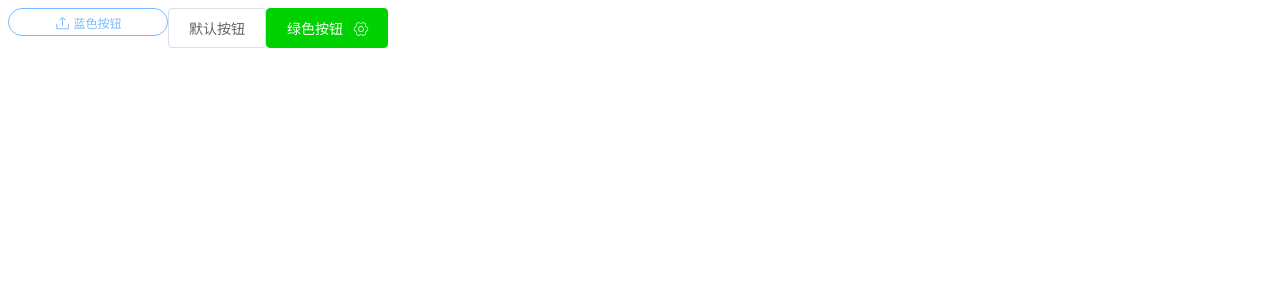
Repository: Cherry-pan/component-packing
Page: /
These files come from the project's save history. The page is drawn as it stood at one moment and after the next save; the edit follows.
The browser window is 1280 px wide. The pictures show the whole page.
The project was rebuilt for these pictures with package versions that can differ from the ones it lists, and the page was loaded fresh each time. Also part of the build but not shown: vue.config.js.

Above is the page before, as saved 2022-04-30 15:47:33.

After the next save:
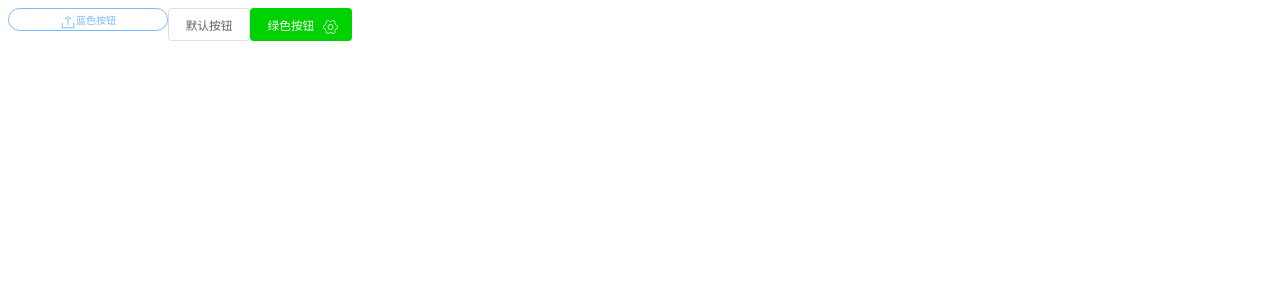
Saved 6 min 24 s later.
--- a/src/components/button/Button.vue
+++ b/src/components/button/Button.vue
@@ -1,7 +1,7 @@
 <template>
   <div>
     <button
-      :class="[theme, isBorder, isRound, specifications]"
+      :class="[theme, isBorder, isRound, specifications,blockCss]"
       :disabled="disabled"
       class="a-button"
       :style="[minWidthCss]"
@@ -53,6 +53,10 @@ export default {
     suffix: {
       type: String,
       default: ""
+    },
+    block: {
+      type: String,
+      default: ""
     }
   },
   computed: {
@@ -83,6 +87,9 @@ export default {
     },
     iconSuffix() {
       return this.suffix ? `icon-${this.suffix}` : "";
+    },
+    blockCss() {
+      return this.block ? `a-button-block` : "";
     }
   },
   data() {
@@ -97,17 +104,17 @@ export default {
 
 <style lang="scss" scoped>
 .a-button {
-  padding: 0 20px 0 20px;
-  border-width: 1px;
+  padding: 0 1.0417rem 0 1.0417rem;
+  border-width: 0.0521rem;
   border-color: #dcdfe6;
   border-style: solid;
-  border-radius: 4px;
+  border-radius: 0.2083rem;
   background-color: white;
-  font-size: 14px;
+  font-size: 0.7292rem;
   color: #606266;
-  height: 40px;
+  height: 2.0833rem;
   + .a-button {
-    margin-left: 14px;
+    margin-left: 0.7292rem;
   }
   > span {
     display: flex;
@@ -115,14 +122,14 @@ export default {
     justify-content: center;
   }
   i {
-    width: 14px;
-    height: 14px;
+    width: 0.7292rem;
+    height: 0.7292rem;
   }
   .icon-prefix {
-    margin-right: 10px;
+    margin-right: 0.5208rem;
   }
   .icon-suffix {
-    margin-left: 10px;
+    margin-left: 0.5208rem;
   }
 }
 // 禁用 透明度
@@ -169,32 +176,35 @@ export default {
 }
 // 圆角
 .is-round {
-  border-radius: 100px;
+  border-radius: 5.2083rem;
 }
 // 尺寸
 .a-button-medium {
-  height: 36px;
+  height: 1.875rem;
 }
 .a-button-small {
-  height: 32px;
-  font-size: 12px;
-  padding: 0 15px 0 15px;
+  height: 1.6667rem;
+  font-size: 0.625rem;
+  padding: 0 0.7813rem 0 0.7813rem;
   .icon-prefix {
-    margin-right: 5px;
+    margin-right: 0.2604rem;
   }
   .icon-suffix {
-    margin-left: 5px;
+    margin-left: 0.2604rem;
   }
 }
 .a-button-mini {
-  height: 28px;
-  font-size: 12px;
-  padding: 0 15px 0 15px;
+  height: 1.4583rem;
+  font-size: 0.625rem;
+  padding: 0 0.7813rem 0 0.7813rem;
   .icon-prefix {
-    margin-right: 5px;
+    margin-right: 0.2604rem;
   }
   .icon-suffix {
-    margin-left: 5px;
-  }
+    margin-left: 0.2604rem;
+  }
+}
+.a-button-block{
+    display: block;
 }
 </style>
